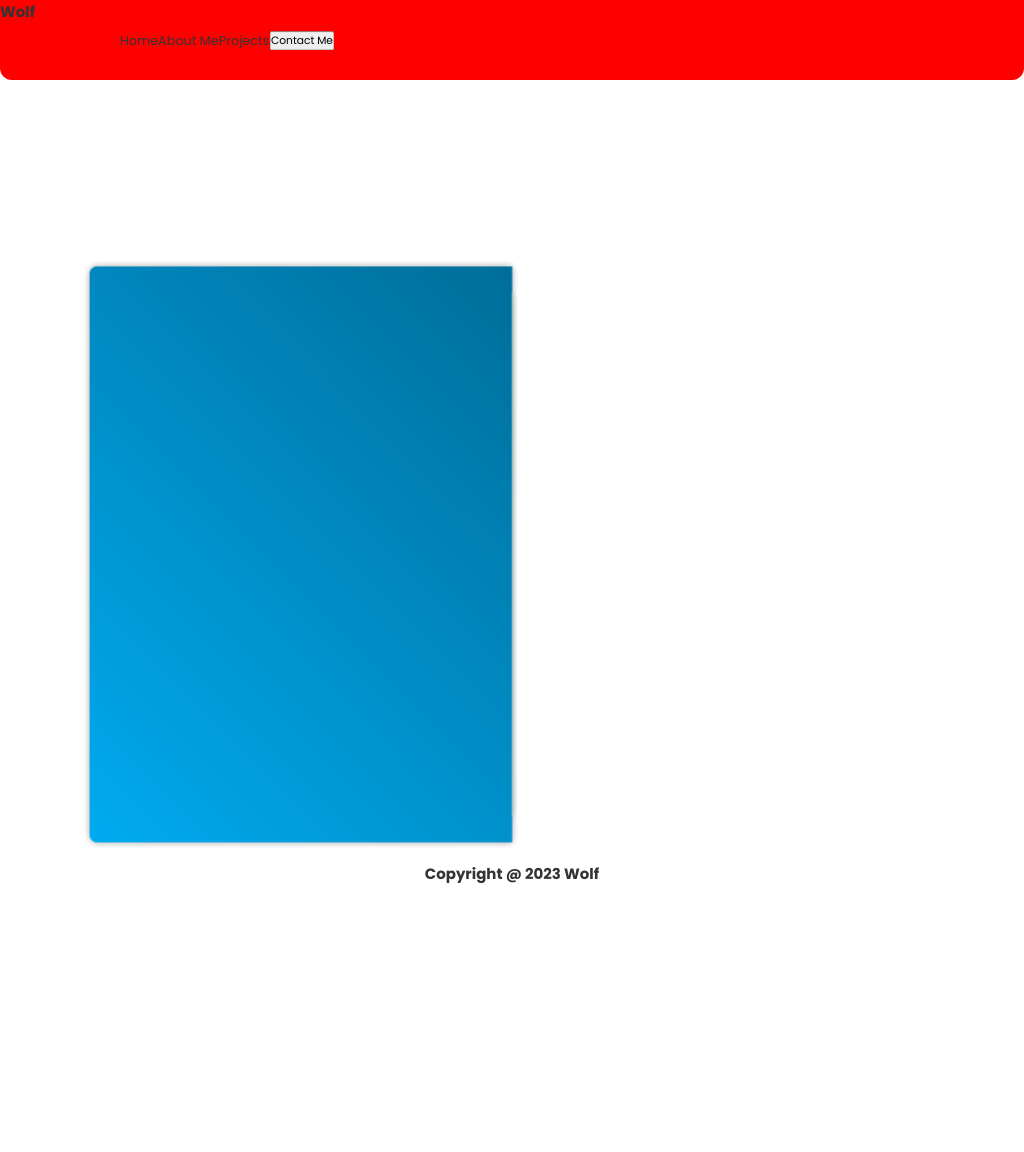
Repository: Ego-Wolf/Portfolio
Page: index.html
These files come from the project's save history. The page is drawn as it stood at one moment and after the next save; the edit follows.
The browser window is 1280 px wide. The pictures show the whole page, at 80% of full size.
Pictures or frames that could not be fetched are drawn as grey boxes.

Above is the page before, as saved 2023-12-14 16:17:49.

### index.html
<!DOCTYPE html>
<html lang="en">
<head>
    <meta charset="UTF-8">
    <meta name="viewport" content="width=device-width, initial-scale=1.0">
    <title>3D Portfolio Websites</title>
    <link rel="stylesheet" href="./style.css">
    <!-- Box icons -->
    <link href='https://unpkg.com/boxicons@2.1.4/css/boxicons.min.css' rel='stylesheet'>
    <!-- Google Font -->
    <link rel="preconnect" href="https://fonts.googleapis.com">
    <link rel="preconnect" href="https://fonts.gstatic.com" crossorigin>
    <link href="https://fonts.googleapis.com/css2?family=Josefin+Sans:wght@300;400;500;600;700&family=Poppins:wght@300;400;500;600;700;800;900&display=swap" rel="stylesheet">

</head>
<body>
    <div class="section">
        <!-- Header -->
        <div class="header">
            <h3>Wolf</h3>
            <ul>
                <span>
                    <img src="" alt="">
                </span>
                <li>Home</li>
                <li>About Me</li>
                <li>Projects</li>
                <li><button>Contact Me</button></li>
            </ul>
        </div>
        <!-- Book section -->
        <div class="wrapper">
            <div class="cover cover-left"></div>
            <div class="cover cover-right"></div>

            <div class="book">
                <!-- Profile page -->
                <div class="book-page page-left">
                    <div class="profile-page">
                        <img src="./assets/character-1.jpg" alt="Sorry about the our services">
                        <h1>Steve Victor</h1>
                        <h3>Web Developer</h3>

                        <div class="social-media">
                            <a href="#"><i class='bx bxl-facebook'></i></a>
                            <a href="#"><i class='bx bxl-twitter' ></i></a>
                            <a href="#"><i class='bx bxl-linkedin' ></i></a>
                            <a href="#"><i class='bx bxl-instagram-alt'></i></a>
                        </div>

                        <p>Hi, I'm Steve Victor, a Web Developer. Lorem, ipsum dolor sit amet consectetur adipisicing elit. Quae quibusdam asperiores, voluptas magnam enim amet officiis aut quis recusandae illum possimus delectus mollitia id sed atque, harum et sunt architecto.</p>

                        <div class="btn-box">
                            <a href="#" class="btn">Download CV</a>
                            <a href="#" class="btn contact-me">Contact Me</a>
                        </div>
                    </div>
                </div>

                <!-- Page 1 & 2 -->
                <div class="book-page page-right turn" id="turn-1">
                    <!-- Page 1 (work experience) -->
                    <div class="page-front">
                        <h1 class="title">Work Experience</h1>
                        <div class="work-education-box">
                            <div class="work-education-content">
                                <span class="year"><i class='bx bxs-calendar'></i>2020 - 2021</span>
                                <h3>Web Developer - Company</h3>
                                <p>Lorem ipsum dolor sit amet consectetur adipisicing elit. Consequatur a delectus similique dolore, laudantium, autem iure aspernatur ratione error!</p>
                            </div>

                            <div class="work-education-content">
                                <span class="year"><i class='bx bxs-calendar'></i>2020 - 2021</span>
                                <h3>Web Developer - Company</h3>
                                <p>Lorem aspernatur ratione error consequuntur veniam tenetur ipsum in nemo repellat eveniet fugit eius vel!</p>
                            </div>

                            <div class="work-education-content">
                                <span class="year"><i class='bx bxs-calendar'></i>2020 - 2021</span>
                                <h3>Web Developer - Company</h3>
                                <p>Lorem ipsum dolor sit amet consectetur adipisicing elit. Consequatur a delectus similique dolore, laudantium, autem iure aspernatur ratione error consequuntur veniam tenetur ipsum in nemo repellat eveniet fugit eius vel!</p>
                            </div>
                        </div>

                        <span class="number-page">1</span>
                        <!-- Next button -->
                        <div class="nextprev-btn" data-page="turn-1">
                            <i class='bx bx-chevron-right'></i>
                        </div>
                    </div>

                    <!-- Page 2 (education) -->
                    <div class="page-back">
                        <h1 class="title">Education</h1>
                        <div class="work-education-box">
                            <div class="work-education-content">
                                <span class="year"><i class='bx bxs-calendar'></i>2020 - 2021</span>
                                <h3>Web Developer - Company</h3>
                                <p>Lorem ipsum dolor sit amet consectetur adipisicing elit. Consequatur a delectus similique dolore, laudantium, autem iure aspernatur ratione error!</p>
                            </div>

                            <div class="work-education-content">
                                <span class="year"><i class='bx bxs-calendar'></i>2020 - 2021</span>
                                <h3>Web Developer - Company</h3>
                                <p>Lorem aspernatur ratione error consequuntur veniam tenetur ipsum in nemo repellat eveniet fugit eius vel!</p>
                            </div>

                            <div class="work-education-content">
                                <span class="year"><i class='bx bxs-calendar'></i>2020 - 2021</span>
                                <h3>Web Developer - Company</h3>
                                <p>Lorem ipsum dolor sit amet consectetur adipisicing elit. Consequatur a delectus similique dolore, laudantium, autem iure aspernatur ratione error consequuntur veniam tenetur ipsum in nemo repellat eveniet fugit eius vel!</p>
                            </div>
                        </div>

                        <span class="number-page">2</span>
                        <!-- Prev button -->
                        <div class="nextprev-btn back" data-page="turn-1">
                            <i class='bx bx-chevron-left'></i>
                        </div>
                    </div>
                </div>

                <!-- Page 3 & 4 -->
                <div class="book-page page-right turn" id="turn-2">
                    <!-- Page 3 (my services) -->
                    <div class="page-front">
                        <h1 class="title">My Services</h1>
                        <div class="services-box">
                            <div class="services-content">
                                <i class='bx bx-code-alt' ></i>
                                <h3>Web Development</h3>
                                <p>Lorem ipsum dolor, sit amet consectetur adipisicing elit.</p>
                                <a href="#" class="btn">Read More</a>
                            </div>

                            <div class="services-content">
                                <i class='bx bxs-paint' ></i>
                                <h3>Creative Design</h3>
                                <p>Lorem ipsum dolor, sit amet consectetur adipisicing elit.</p>
                                <a href="#" class="btn">Read More</a>
                            </div>

                            <div class="services-content">
                                <i class='bx bx-bar-chart-alt'></i>
                                <h3>Digital Marketing</h3>
                                <p>Lorem ipsum dolor, sit amet consectetur adipisicing elit.</p>
                                <a href="#" class="btn">Read More</a>
                            </div>

                            <div class="services-content">
                                <i class='bx bx-search' ></i>
                                <h3>SEO</h3>
                                <p>Lorem ipsum dolor, sit amet consectetur adipisicing elit.</p>
                                <a href="#" class="btn">Read More</a>
                            </div>
                        </div>

                        <span class="number-page">3</span>
                        <!-- Next button -->
                        <div class="nextprev-btn" data-page="turn-2">
                            <i class='bx bx-chevron-right'></i>
                        </div>

                    </div>
                    <!-- Page 4 (my skills) -->
                    <div class="page-back">
                        <h1 class="title">My skills</h1>
                        <div class="skills-box">
                            <div class="skills-content">
                                <h3>Front-End</h3>
                                <div class="content">
                                    <span><i class='bx bxl-html5' ></i>HTML</span>
                                    <span><i class='bx bxl-css3' ></i>CSS</span>
                                    <span><i class='bx bxl-javascript' ></i>JS</span>
                                    <span><i class='bx bxl-react' ></i>React</span>
                                    <span><i class='bx bxl-angular' ></i>Angular</span>
                                    <span><i class='bx bxl-bootstrap' ></i>Boostrap</span>
                                    <span><i class='bx bxl-tailwind-css' ></i>Tailwind</span>
                                </div>
                            </div>
                            <div class="skills-content">
                                <h3>Back-End</h3>
                                <div class="content">
                                    <span><i class='bx bxl-nodejs' ></i>Node</span>
                                    <span><i class='bx bxl-java' ></i>Java</span>
                                </div>
                            </div>
                            <div class="skills-content">
                                <h3>UI/UX Design</h3>
                                <div class="content">
                                    <span><i class='bx bxl-figma' ></i>Figma</span>
                                </div>
                            </div>
                        </div>

                        <span class="number-page">4</span>
                        <!-- Prev button -->
                        <div class="nextprev-btn back" data-page="turn-2">
                            <i class='bx bx-chevron-left'></i>
                        </div>
                    </div>
                </div>

                <!-- Page 5 & 6 -->
                <div class="book-page page-right turn" id="turn-3">
                    <!-- Page 5 (latest project or my portfolio) -->
                    <div class="page-front">
                        <h1 class="title">Latest Project</h1>

                        <div class="portfolio-box">
                            <div class="img-box">
                                <!-- <img src="./assets/character-2.jpg" alt="">  -->
                                <iframe width="720" height="405" src="https://www.youtube.com/embed/zrBVFGlnyA8" title="3D Portfolio Website | HTML CSS &amp; Javascript" frameborder="0" allow="accelerometer; autoplay; clipboard-write; encrypted-media; gyroscope; picture-in-picture; web-share" allowfullscreen></iframe>
                            </div>

                            <div class="info-box">
                                <div class="info-title">
                                    <h3>Project Name</h3>
                                    <a href="#">Live Preview<i class='bx bx-link-external' ></i></a>
                                </div>
                                <p>Tech Used:</p>
                                <p>Lorem ipsum dolor sit amet consectetur adipisicing elit. Fugit, laboriosam.</p>
                            </div>

                            <div class="btn-box">
                                <a href="#" class="btn">Source Code</a>
                                <a href="#" class="btn">More Projects</a>
                            </div>
                        </div>

                        <span class="number-page">5</span>
                        <!-- Next button -->
                        <div class="nextprev-btn" data-page="turn-3">
                            <i class='bx bx-chevron-right'></i>
                        </div>
                    </div>

                    <!-- Page 6 (contac me) -->
                    <div class="page-back">
                        <h1 class="title">Contact Me!</h1>

                        <div class="contact-box">
                            <form action="#">
                                <input type="text" class="field" placeholder="Full Name" required>
                                <input type="email" class="field" placeholder="Email Address" required>
                                <textarea name="" id="" cols="30" rows="10" class="field" placeholder="Your Message" required></textarea>
                                <input type="submit" class="btn" value="Send Message">
                            </form>
                        </div>

                        <span class="number-page">6</span>
                        <!-- Prev button -->
                        <div class="nextprev-btn back" data-page="turn-3">
                            <i class='bx bx-chevron-left'></i>
                        </div>

                        <a href="#" class="back-profile">
                            <p>Profile</p>
                            <i class='bx bxs-user'></i>
                        </a>
                    </div>
                </div>
            </div>
        </div><br>

        <!-- Footer -->
        <div class="footer">
            <h3>Copyright @ 2023 Wolf</h3>
        </div>
    </div>


    <script src="./script.js"></script>
</body>
</html>

Loaded but not shown: style.css (546 lines, source omitted); script.js (no copy from this time; the picture is the same without it)

After the next save:
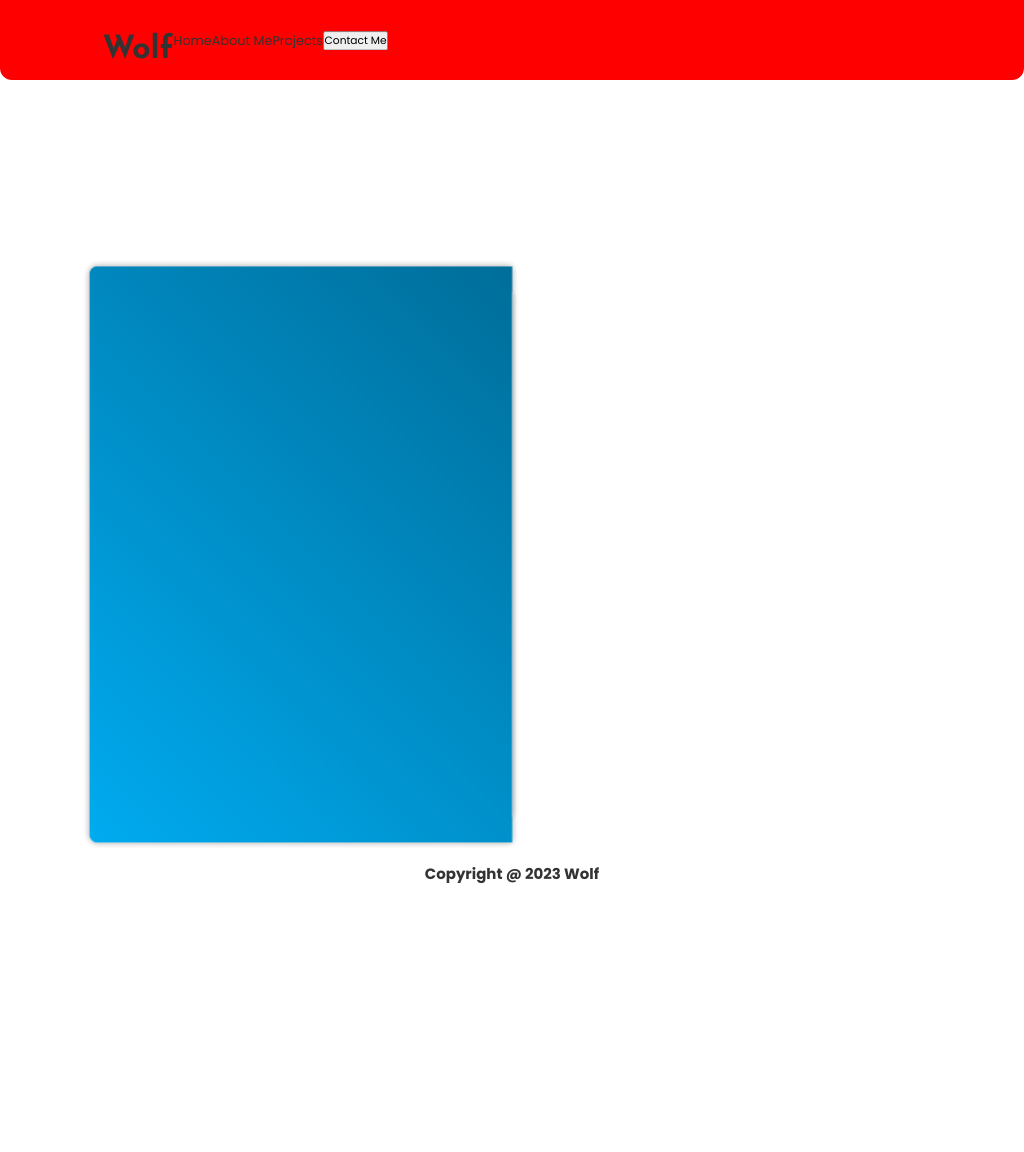
Saved 1 s later.
--- a/index.html
+++ b/index.html
@@ -17,10 +17,9 @@
     <div class="section">
         <!-- Header -->
         <div class="header">
-            <h3>Wolf</h3>
             <ul>
                 <span>
-                    <img src="" alt="">
+                    <img src="" alt=""><h3>Wolf</h3>
                 </span>
                 <li>Home</li>
                 <li>About Me</li>
